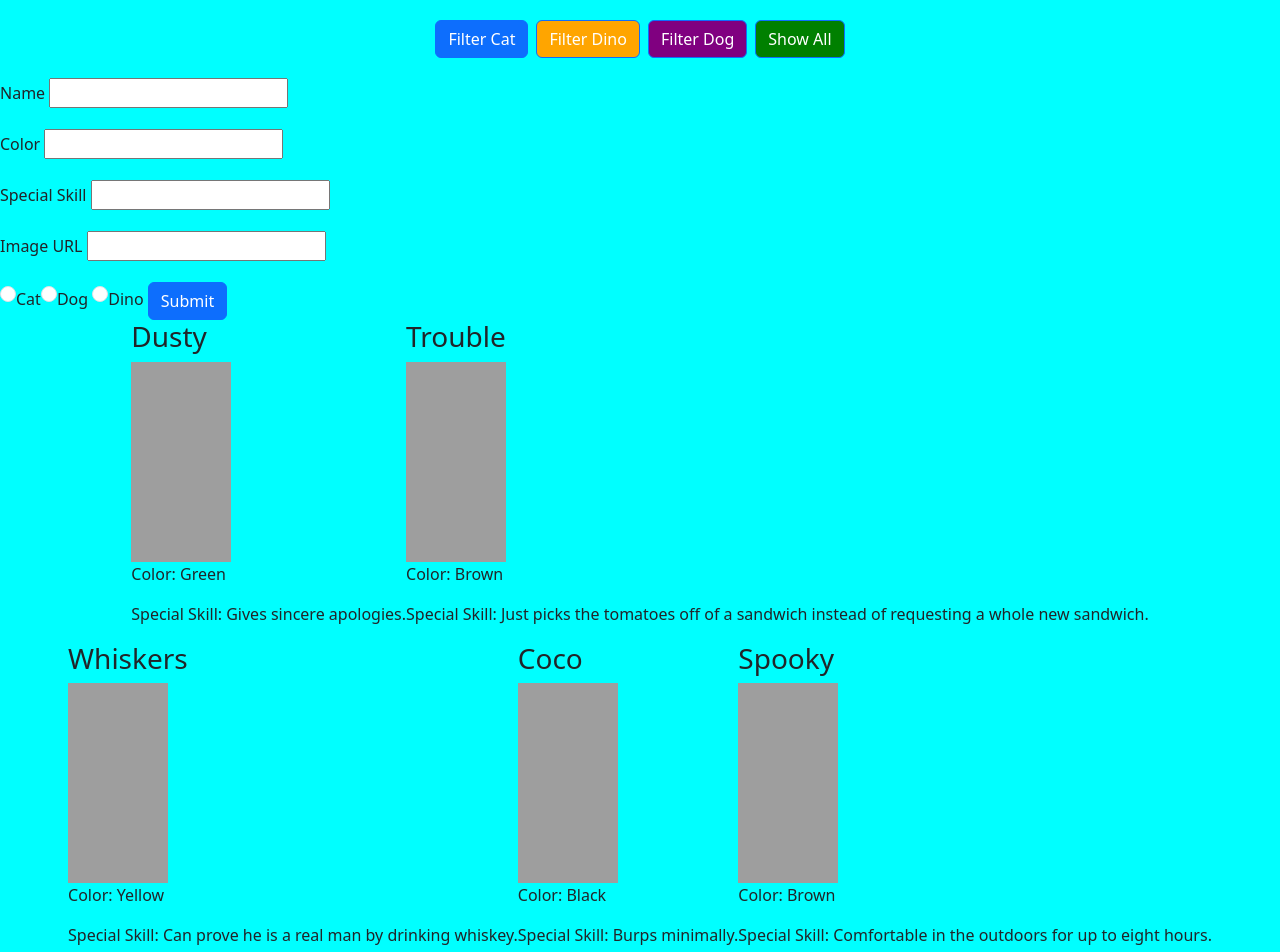
Repository: jgramirez0210/LAB-pet-adoption
Page: index.html
The author's editor kept a copy of each file at every save. The page is drawn from the files as they stood at one save, then again after a run of saves.
The browser window is 1280 px wide. The pictures show the part of the page from y = 0 to 952 px (the page is 4179 px tall before and 720 px after).
Pictures or frames that could not be fetched are drawn as grey boxes.

Above is the page before, as saved 2023-10-21 13:52:10.

### index.html
<!DOCTYPE html>
<html lang="en">
<head>
  <meta charset="UTF-8">
  <meta name="viewport" content="width=device-width, initial-scale=1.0">
  <link href="https://cdn.jsdelivr.net/npm/bootstrap@5.3.2/dist/css/bootstrap.min.css" rel="stylesheet" integrity="sha384-T3c6CoIi6uLrA9TneNEoa7RxnatzjcDSCmG1MXxSR1GAsXEV/Dwwykc2MPK8M2HN" crossorigin="anonymous">
  <link rel="stylesheet" href="main.css">
  <title>Document</title>
</head>
<body>
  <div id="buttonContainers">
    <button type="button" class="btn btn-primary me-2" id="btn-cat">Filter Cat</button>
    <button type="button" class="btn btn-primary me-2" id="btn-dino">Filter Dino</button>
    <button type="button" class="btn btn-primary me-2" id="btn-dog">Filter Dog</button>
    <button type="button" class="btn btn-primary" id="btn-all">Show All</button>
  </div>
  <form>
    <div class="mb-3">
      <label for="name" class="form-label">Name</label>
      <input type="text" id="animalName">
    </div>
    <div class="mb-3">
      <label for="color" class="form-label">Color</label>
      <input type="text" id="animalColor">
    </div>
    <div class="mb-3">
      <label for="special-skill" class="form-label">Special Skill</label>
      <input type="text" id="specialSkill">
    </div>
    <div class="mb-3">
      <label for="imgUrl" class="form-label">Image URL</label>
      <input type="text" id="formImgUrl">
    </div>
    <input class="form-check-input" type="radio" name="flexRadioDefault" id="catRadio"><label class="form-check-label" for="flexRadioDefault1">Cat
    </label><input class="form-check-input" type="radio" name="flexRadioDefault" id="dogRadio"><label class="form-check-label" for="flexRadioDefault1">Dog
    </label>
    <input class="form-check-input" type="radio" name="flexRadioDefault" id="dinoRadio"><label class="form-check-label" for="flexRadioDefault1">Dino
    </label>
    <button type="submit" class="btn btn-primary">Submit</button>
  </form>
<div id="app"></div>
  <script src="https://cdn.jsdelivr.net/npm/bootstrap@5.3.2/dist/js/bootstrap.bundle.min.js" integrity="sha384-C6RzsynM9kWDrMNeT87bh95OGNyZPhcTNXj1NW7RuBCsyN/o0jlpcV8Qyq46cDfL" crossorigin="anonymous"></script>
  <script src="main.js"></script>
</body>
</html>

### main.css
body {
  background-color: aqua;
}
#app {
  display: flex;
  flex-wrap: wrap;
  align-items: center;
  justify-content: center;
}
.card {
  width:250px;
  height: 450px;
  box-sizing: border-box;
  margin: 10px;
}
img {
  width: 100px;
  height: 200px
}
#buttonContainers {
  display: flex;
  flex-wrap: wrap;
  justify-content: center;
  margin: 20px;
}
#btn-dino {
  background:orange;
}

#btn-dog {
  background: purple;
}
#btn-all {
  background: Green;
}
footer {
  background-color:blue;
  color: whitesmoke;
  text-align: center;
}

### main.js
const pets = [
    {
      id: 1,
      name: "Dusty",
      color: "Green",
      specialSkill: "Gives sincere apologies.",
      type: "cat",
      imageUrl: "http://kittentoob.com/wp-content/uploads/2015/06/funny-cat-with-a-towel.jpg",
    },
    {
        id: 2,
      name: "Trouble",
      color: "Brown",
      specialSkill: "Just picks the tomatoes off of a sandwich instead of requesting a whole new sandwich.",
      type: "dino",
      imageUrl: "https://cdn.mos.cms.futurecdn.net/2gqUK55fXFRnyuHyzuCYMn.jpg",
    },
    {
      id: 3,
      name: "Whiskers",
      color: "Yellow",
      specialSkill: "Can prove he is a real man by drinking whiskey.",
      type: "dino",
      imageUrl: "https://mydinosaurs.com/wp-content/uploads/2017/02/2-3-600x400.jpg"
    },
    {
      id: 4,
      name: "Coco",
      color: "Black",
      specialSkill: "Burps minimally.",
      type: "dog",
      imageUrl: "http://cdn.akc.org/content/article-body-image/funny-pembroke_welsh_corgi.jpg"
    },
    {
      id: 5,
      name: "Spooky",
      color: "Brown",
      specialSkill: "Comfortable in the outdoors for up to eight hours.",
      type: "cat",
      imageUrl: "http://www.catster.com/wp-content/uploads/2017/08/A-fluffy-cat-looking-funny-surprised-or-concerned.jpg"
    },
    {
      id: 6,
      name: "Tiger",
      color: "Black",
      specialSkill: "Can read (but cannot understand) Hebrew.",
      type: "dog",
      imageUrl: "https://upload.wikimedia.org/wikipedia/commons/7/7e/Basset_Hound_600.jpg"
    },
    {
      id: 7,
      name: "Oreo",
      color: "Yellow",
      specialSkill: "Able to stop chewing ice or whistling on request.",
      type: "cat",
      imageUrl: "https://i.pinimg.com/originals/9d/da/3e/9dda3e5fd2b9886fc3d13ee47f52e8a0.jpg"
    },
    {
      id: 8,
      name: "Ginger",
      color: "Grey",
      specialSkill: "Comfortable in the outdoors for up to eight hours.",
      type: "dino",
      imageUrl: "https://i2.pickpik.com/photos/618/305/180/dinosaur-gad-mammal-dino-preview.jpg"
    },
    {
      id: 9,
      name: "Sassy",
      color: "Brown",
      specialSkill: "Adept at talking self and others out of fights.",
      type: "cat",
      imageUrl: "https://tailandfur.com/wp-content/uploads/2015/09/40-Amazing-Cat-Funny-Moment-Pictures-Feature-Image.jpg"
    },
    {
      id: 10,
      name: "Sammy",
      color: "Blue",
      specialSkill: "Listens attentively to boring stories.",
      type: "cat",
      imageUrl: "https://i.pinimg.com/originals/04/54/92/0454926d39eeb420f4f01948e94e9e41.jpg"
    },
    {
      id: 11,
      name: "Coco",
      color: "Orange",
      specialSkill: "Can be around food without staring creepily at it.",
      type: "dino",
      imageUrl: "https://static.vecteezy.com/system/resources/thumbnails/013/687/657/small/orange-dinosaur-illustration-on-white-background-free-vector.jpg"
    },
    {
      id: 12,
      name: "Buster",
      color: "Green",
      specialSkill: "Does not use excessive acronyms.",
      type: "dog",
      imageUrl: "https://i.pinimg.com/originals/1f/30/8c/1f308c9c108a384b91b39430cc7312e9.jpg"
    },
    {
      id: 13,
      name: "Chester",
      color: "Red",
      specialSkill: "Expertly quotes and recognizes dialogue from early seasons of The Simpsons.",
      type: "dog",
      imageUrl: "https://img.freepik.com/free-photo/perfect-companion-way-english-cocker-spaniel-young-dog-is-posing-cute-playful-braun-doggy-pet-is-sitting-full-attention-isolated-red-background-concept-motion-action-movement_155003-36386.jpg?size=626&ext=jpg&ga=GA1.1.1413502914.1696896000&semt=ais"
    },
    {
      id: 14,
      name: "Samantha",
      color: "Brown",
      specialSkill: "Always up for dessert.",
      type: "cat",
      imageUrl: "http://3.bp.blogspot.com/-RzIFLsIO-XQ/UFoMLOT66JI/AAAAAAAAVps/JRF98hdA9S8/s640/funny-cat-pictures-016-027.jpg"
    },
    {
      id: 15,
      name: "Coco",
      color: "Red",
      specialSkill: "Burps minimally.",
      type: "cat",
      imageUrl: "http://cathumor.net/wp-content/uploads/2013/12/cat-humor-funny-karate-cat-2.jpg"
    },
    {
      id: 16,
      name: "Smokey",
      color: "Brown",
      specialSkill: "Drives at a safe rate of speed in snow or rain.",
      type: "dino",
      imageUrl: "https://cdn.pixabay.com/photo/2012/04/30/11/08/brown-44833_960_720.png"
    },
    {
     id: 17,
      name: "Muffin",
      color: "Yellow",
      specialSkill: "Does not freak out if you haven’t seen his favorite movie (The Big Lebowski).",
      type: "cat",
      imageUrl: "https://static.vecteezy.com/system/resources/thumbnails/013/849/314/small/cute-gray-cat-looks-into-the-distance-with-curiosity-on-a-yellow-background-interest-high-attention-and-caution-curious-pet-in-search-of-adventures-events-hunting-instincts-copy-space-banner-photo.jpg"
    },
    {
      id: 18,
      name: "Salem",
      color: "Brown",
      specialSkill: "Proficient in air guitar",
      type: "dino",
      imageUrl: "https://png.pngtree.com/png-vector/20220823/ourmid/pngtree-wild-brown-dinosaur-megalosaurus-predator-childish-poster-dinosaur-vector-png-image_48264658.jpg"
    },
    {
      id: 19,
      name: "Callie",
      color: "Blue",
      specialSkill: "Listens attentively to boring stories.",
      type: "dog",
      imageUrl: "https://static.vecteezy.com/system/resources/thumbnails/013/758/996/small/small-blue-dog-illustration-on-white-background-free-vector.jpg"
    },
    {
      id: 20,
      name: "Spooky",
      color: "Black",
      specialSkill: "Uses litter box at appropriate hours.",
      type: "cat",
      imageUrl: "https://st.depositphotos.com/1052079/3767/v/450/depositphotos_37676343-stock-illustration-cats-claws-scratch-a-background.jpg"
    },
    {
      id: 21,
      name: "Miss kitty",
      color: "Red",
      specialSkill: "Owns a Nintendo Power Glove.",
      type: "dino",
      imageUrl: "https://png.pngtree.com/png-vector/20191206/ourlarge/pngtree-a-red-dinosaur-vector-or-color-illustration-png-image_2030880.jpg"
    },
    {
        id: 22,
      name: "Snuggles",
      color: "Orange",
      specialSkill: "Is comfortable with jokes about his receding hairline.",
      type: "cat",
      imageUrl: "https://img.freepik.com/premium-photo/cat-with-yellow-eyes-sits-table_900396-5261.jpg"
    },
    {
        id: 23,
      name: "Buddy",
      color: "Red",
      specialSkill: "Enjoys fine wine.",
      type: "dog",
      imageUrl: "http://1.bp.blogspot.com/-VjM0CmtN-vU/T7YX-LXa09I/AAAAAAAADA0/Vt1oGWEG0lw/s1600/sheepdog+border+collie+shakes+off+water+funny+picture+photo+pulling+faces+raspberry+tongue.jpg"
    },
    {
        id: 24,
      name: "George",
      color: "Brown",
      specialSkill: "Participates in karaoke but does not force others to go out to karaoke.",
      type: "dog",
      imageUrl: "https://plus.unsplash.com/premium_photo-1664303034905-2e850c5430a0?ixlib=rb-4.0.3&ixid=M3wxMjA3fDB8MHxzZWFyY2h8MXx8YnJvd24lMjBkb2d8ZW58MHx8MHx8fDA%3D&w=1000&q=80"
    },
    {
      id: 25,
      name: "Salem",
      color: "Red",
      specialSkill: "Knows the words to 4 rap songs.",
      type: "cat",
      imageUrl: "https://image.shutterstock.com/image-photo/womans-hand-stroking-ginger-cat-260nw-2143135507.jpg"
    },
    {
        id: 26,
      name: "Bubba",
      color: "Yellow",
      specialSkill: "Cleans himself.",
      type: "dog",
      imageUrl: "https://www.thetrendywhippet.co.uk/wp-content/uploads/2016/11/IMG_1651-600x400.jpg"
    },
    {
        id: 27,
      name: "Chloe",
      color: "Green",
      specialSkill: "Admits he is wrong",
      type: "dino",
      imageUrl: "https://assets.creationmuseum.org/img/pages/1703-DinoDen-TwoCard.jpg"
    },
    {
        id: 28,
      name: "Nala",
      color: "Purple",
      specialSkill: "Dances when he has to.",
      type: "cat",
      imageUrl: "https://tailandfur.com/wp-content/uploads/2016/03/40-Scary-and-Funny-Cat-Pictures-8.jpg"
    },
    {
        id: 29,
      name: "Oscar",
      color: "Green",
      specialSkill: "Gives hugs with appropriate pressure and for the right length of time.",
      type: "cat",
      imageUrl: "http://img.izismile.com/img/img2/20090219/cats_02.jpg"
    },
    {
        id: 30,
      name: "Lucy",
      color: "Red",
      specialSkill: "Doesn’t get weirded out by the word “moist.”",
      type: "dino",
      imageUrl: "https://img.freepik.com/free-vector/tyrannosaurus-dinosaur-cartoon-character-sticker_1308-76137.jpg"
    }
  ];

  document.addEventListener('DOMContentLoaded', () => {
    const app = document.getElementById('app');
    const btnCat = document.getElementById('btn-cat');
    const btnDino = document.getElementById('btn-dino');
    const btnDog = document.getElementById('btn-dog');
    const btnAll = document.getElementById('btn-all');
    const form = document.querySelector('form');

    // Display all pets on initial load
    displayPets(pets);

    btnCat.addEventListener('click', () => filterPets('cat'));
    btnDino.addEventListener('click', () => filterPets('dino'));
    btnDog.addEventListener('click', () => filterPets('dog'));
    btnAll.addEventListener('click', () => displayPets(pets));

    form.addEventListener('submit', (e) => {
        e.preventDefault();
        addPet();
    });
});

function displayPets(filteredPets) {
    const app = document.getElementById('app');
    app.innerHTML = ''; // Clear previous pets

    filteredPets.forEach(pet => {
        const petDiv = document.createElement('div');
        petDiv.innerHTML = `
            <h3>${pet.name}</h3>
            <img src="${pet.imageUrl}" alt="${pet.name}" width="200">
            <p>Color: ${pet.color}</p>
            <p>Special Skill: ${pet.specialSkill}</p>
        `;
        app.appendChild(petDiv);
    });
}

function filterPets(type) {
    const filteredPets = pets.filter(pet => pet.type === type);
    displayPets(filteredPets);
}

function addPet() {
    const name = document.getElementById('animalName').value;
    const color = document.getElementById('animalColor').value;
    const specialSkill = document.getElementById('specialSkill').value;
    const imageUrl = document.getElementById('formImgUrl').value;

    let type;
    if (document.getElementById('catRadio').checked) {
        type = 'cat';
    } else if (document.getElementById('dogRadio').checked) {
        type = 'dog';
    } else if (document.getElementById('dinoRadio').checked) {
        type = 'dino';
    }

    const newPet = {
        id: pets.length + 1,  // Just incrementing id for simplicity
        name,
        color,
        specialSkill,
        type,
        imageUrl
    };

    pets.push(newPet);
    displayPets(pets);
}

After the next 2 saves:
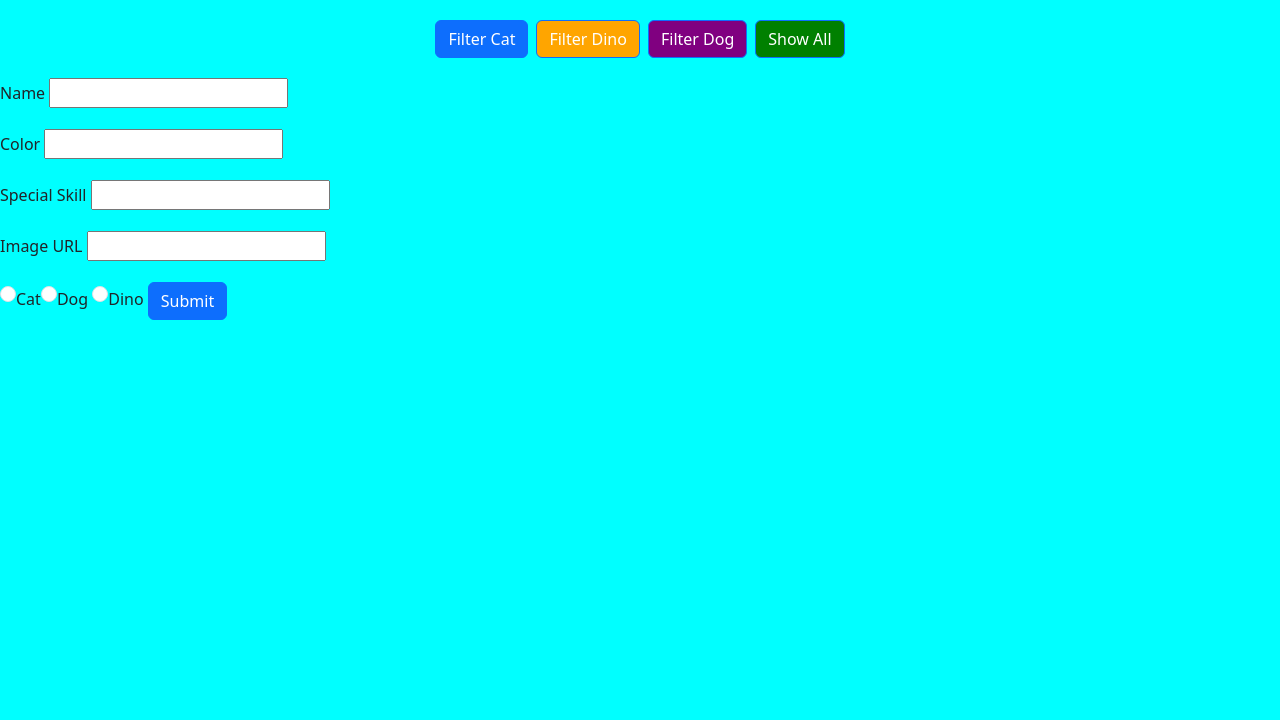
The 2 saves are shown as one change because they came seconds apart.
The last was saved 52 s later.
--- a/main.js
+++ b/main.js
@@ -241,73 +241,54 @@ const pets = [
     }
   ];
 
-  document.addEventListener('DOMContentLoaded', () => {
-    const app = document.getElementById('app');
-    const btnCat = document.getElementById('btn-cat');
-    const btnDino = document.getElementById('btn-dino');
-    const btnDog = document.getElementById('btn-dog');
-    const btnAll = document.getElementById('btn-all');
-    const form = document.querySelector('form');
-
-    // Display all pets on initial load
-    displayPets(pets);
-
-    btnCat.addEventListener('click', () => filterPets('cat'));
-    btnDino.addEventListener('click', () => filterPets('dino'));
-    btnDog.addEventListener('click', () => filterPets('dog'));
-    btnAll.addEventListener('click', () => displayPets(pets));
-
-    form.addEventListener('submit', (e) => {
-        e.preventDefault();
-        addPet();
-    });
-});
-
-function displayPets(filteredPets) {
-    const app = document.getElementById('app');
-    app.innerHTML = ''; // Clear previous pets
-
-    filteredPets.forEach(pet => {
-        const petDiv = document.createElement('div');
-        petDiv.innerHTML = `
-            <h3>${pet.name}</h3>
-            <img src="${pet.imageUrl}" alt="${pet.name}" width="200">
-            <p>Color: ${pet.color}</p>
-            <p>Special Skill: ${pet.specialSkill}</p>
-        `;
-        app.appendChild(petDiv);
-    });
+const filterCards = (array) => {
+  let domString = "";
+  array.forEach((pet) => {
+    domString += `<div class="card" style="width: 18rem;">
+    <div class="card-body">
+    <img src="${pet.imageUrl}" class="card-img-top" alt="...">
+      <h5 class="card-title">${pet.name}</h5>
+      <h6 class="card-subtitle mb-2 text-body-secondary">${pet.color}</h6>
+      <p class="card-text">${pet.specialSkill}</p>
+      <h6 class="card-subtitle mb-2 text-body-secondary">${pet.type}</h6>
+    </div>
+  </div>`;
+  })
+
+  const app = document.querySelector("#app");
+  app.innerHTML = domString;
 }
 
-function filterPets(type) {
-    const filteredPets = pets.filter(pet => pet.type === type);
-    displayPets(filteredPets);
+
+const filterByType = (type) => {
+  return pets.filter(pet => pet.type === type)
 }
-
-function addPet() {
-    const name = document.getElementById('animalName').value;
-    const color = document.getElementById('animalColor').value;
-    const specialSkill = document.getElementById('specialSkill').value;
-    const imageUrl = document.getElementById('formImgUrl').value;
-
-    let type;
-    if (document.getElementById('catRadio').checked) {
-        type = 'cat';
-    } else if (document.getElementById('dogRadio').checked) {
-        type = 'dog';
-    } else if (document.getElementById('dinoRadio').checked) {
-        type = 'dino';
-    }
-
-    const newPet = {
-        id: pets.length + 1,  // Just incrementing id for simplicity
-        name,
-        color,
-        specialSkill,
-        type,
-        imageUrl
-    };
-
-    pets.push(newPet);
-    displayPets(pets);
-}
+const btnFilterCat = document.querySelector("#btn-cat");
+
+btnFilterCat.addEventListener('click',() => {
+  const filteredPets = filterByType('cat');
+  filterCards(filteredPets)
+})
+
+
+const btnFilterDino = document.querySelector("#btn-dino");
+
+btnFilterDino.addEventListener('click',() => {
+  const filteredPets = filterByType('dino');
+  filterCards(filteredPets)
+})
+
+
+const btnFilterDog = document.querySelector("#btn-dog");
+
+btnFilterDog.addEventListener('click',() => {
+  const filteredPets = filterByType('dog');
+  filterCards(filteredPets)
+})
+
+
+const btnFilterAll = document.querySelector("#btn-all");
+
+btnFilterAll.addEventListener('click',() => {
+  filterCards(pets);
+})
